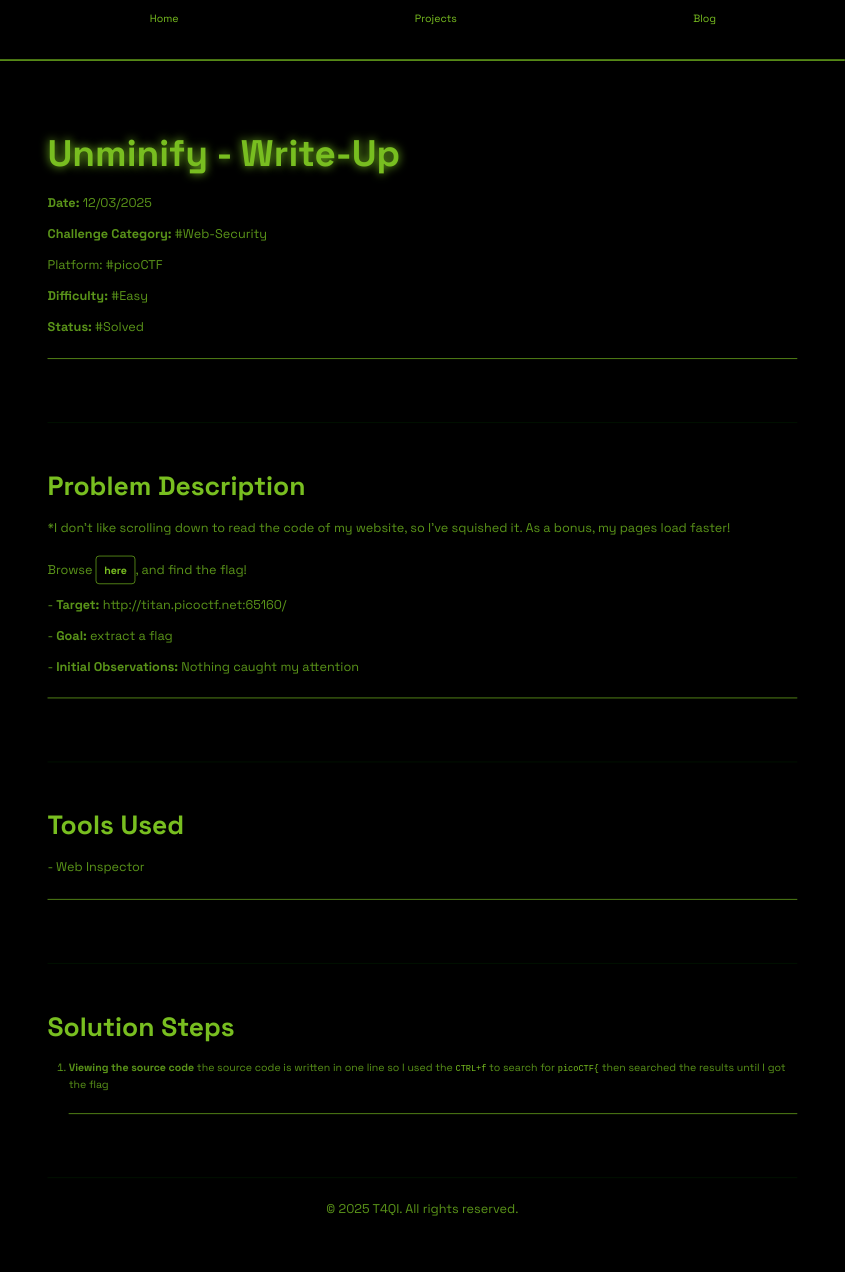
Repository: mohamedsoliman-tq/Website
Page: blogs/picoCTF/Unminify.html
An editor plug-in stored every save of this project. The page is shown before and after a run of saves, followed by the edit.
The browser window is 1280 px wide. The pictures show the whole page, at 66% of full size.

Above is the page before, as saved 2025-03-13 00:49:47.

### blogs/picoCTF/Unminify.html
<!DOCTYPE html>
<html>
<head>
    <meta charset="UTF-8">
    <meta name="viewport" content="width=device-width, initial-scale=1.0">
    <title>Unminify</title>
    <link rel="stylesheet" href="/css/blog.css">
</head>
<body>
    <nav>
        <ul>
            <li><a href="/">Home</a></li>
            <li><a href="/Projects.html">Projects</a></li>
            <li><a href="/Blogs.html">Blog</a></li>
        </ul>
    </nav>
    <div class="container">
<div class="section" id="unminify---write-up"><h1>Unminify - Write-Up</h1>

<p><strong>Date:</strong> 12/03/2025  </p>
<p><strong>Challenge Category:</strong> #Web-Security </p>
<p>Platform: #picoCTF</p>
<p><strong>Difficulty:</strong> #Easy   </p>
<p><strong>Status:</strong> #Solved  </p>

<hr>
</div><div class="section" id="problem-description"><h2>Problem Description</h2>

<p>*I don't like scrolling down to read the code of my website, so I've squished it. As a bonus, my pages load faster!</p>
<p>Browse <a href="http://titan.picoctf.net:65160/" class="read-more">here</a>, and find the flag!</p>

<p>- <strong>Target:</strong> http://titan.picoctf.net:65160/</p>
<p>- <strong>Goal:</strong> extract a flag</p>
<p>- <strong>Initial Observations:</strong> Nothing caught my attention</p>

<hr>

</div><div class="section" id="tools-used"><h2>Tools Used</h2>

<p>- Web Inspector</p>

<hr>

</div><div class="section" id="solution-steps"><h2>Solution Steps</h2>

<ol>
  <li><strong>Viewing the source code</strong>   the source code is written in one line so I used the <code>CTRL+f</code> to search for <code>picoCTF{</code> then searched the results until I got the flag <hr> </li>
</ol></div>
        <footer>
        <p>&copy; 2025 T4QI. All rights reserved.</p>
    </footer>
    </div>
</body>
</html>

### css/blog.css
@import url('https://fonts.googleapis.com/css2?family=Space+Grotesk:wght@300;400;700&display=swap');

    :root {
        --primary-black: #000000;
        --green-accent: #78BE20;
        --dark-green: #5a9419;
    }

    * {
        margin: 0;
        padding: 0;
        box-sizing: border-box;
        font-family: 'Space Grotesk', sans-serif;
    }

    body {
        background-color: var(--primary-black);
        color: var(--green-accent);
        line-height: 1.6;
    }

    .container {
        max-width: 1200px;
        margin: 0 auto;
        padding: 2rem;
    }

    .section {
        padding: 4rem 0;
        border-bottom: 1px solid #001a00;
    }

    /* Navigation Styles */
    nav {
        background: rgba(0, 0, 0, 0.95);
        padding: 1rem;
        position: sticky;
        top: 0;
        border-bottom: 2px solid var(--green-accent);
        z-index: 100;
    }

    nav ul {
        display: flex;
        justify-content: space-around;
        list-style: none;
    }

    nav a {
        color: var(--green-accent);
        text-decoration: none;
        padding: 0.5rem 1rem;
        transition: all 0.3s;
    }

    nav a:hover {
        color: var(--dark-green);
        text-shadow: 0 0 10px var(--green-accent);
    }

    /* Hero Section Styles */
    .hero {
        text-align: center;
        padding: 4rem 0;
        background: linear-gradient(45deg, var(--primary-black), #001100);
    }

    h1, h2, h3, h4, h5, h6 {
        color: var(--green-accent);
        margin-bottom: 1rem;
    }

    h1 {
        font-size: 3.5rem;
        text-shadow: 0 0 15px var(--green-accent);
    }

    h2 {
        font-size: 2.5rem;
    }

    p {
        color: var(--dark-green);
        font-size: 1.2rem;
        margin-bottom: 1rem;
    }

    /* Code blocks */
    pre {
        background: #000a00;
        padding: 1.5rem;
        border-radius: 5px;
        border: 1px solid var(--green-accent);
        overflow-x: auto;
        margin: 1.5rem 0;
    }

    code {
        font-family: monospace;
        color: var(--green-accent);
    }

    /* List styling */
    ul, ol {
        margin-left: 2rem;
        margin-bottom: 1.5rem;
        color: var(--dark-green);
    }

    li {
        margin-bottom: 0.5rem;
    }

    /* Links */
    a {
        color: var(--green-accent);
        text-decoration: none;
        transition: all 0.3s;
    }

    a:hover {
        color: var(--dark-green);
        text-shadow: 0 0 10px var(--green-accent);
    }

    .read-more {
        display: inline-block;
        margin-top: 10px;
        padding: 8px 12px;
        font-size: 1rem;
        font-weight: bold;
        color: var(--green-accent);
        text-decoration: none;
        border: 1px solid var(--green-accent);
        border-radius: 5px;
        transition: all 0.3s ease;
    }

    .read-more:hover {
        background-color: var(--green-accent);
        color: var(--primary-black);
        box-shadow: 0 0 10px var(--green-accent);
    }

    /* Images */
    img {
        max-width: 100%;
        border: 1px solid var(--green-accent);
        border-radius: 5px;
        margin: 1rem 0;
    }

    /* Horizontal rule */
    hr {
        border: none;
        height: 1px;
        background-color: var(--green-accent);
        margin: 2rem 0;
    }

    /* Responsive adjustments */
    @media (max-width: 768px) {
        h1 {
            font-size: 2.5rem;
        }

        .container {
            padding: 1rem;
        }

        .section {
            padding: 2rem 0;
        }
    }

    footer {
        text-align: center;
        padding: 2rem;
        color: var(--green-accent);
    }

After the next 3 saves:
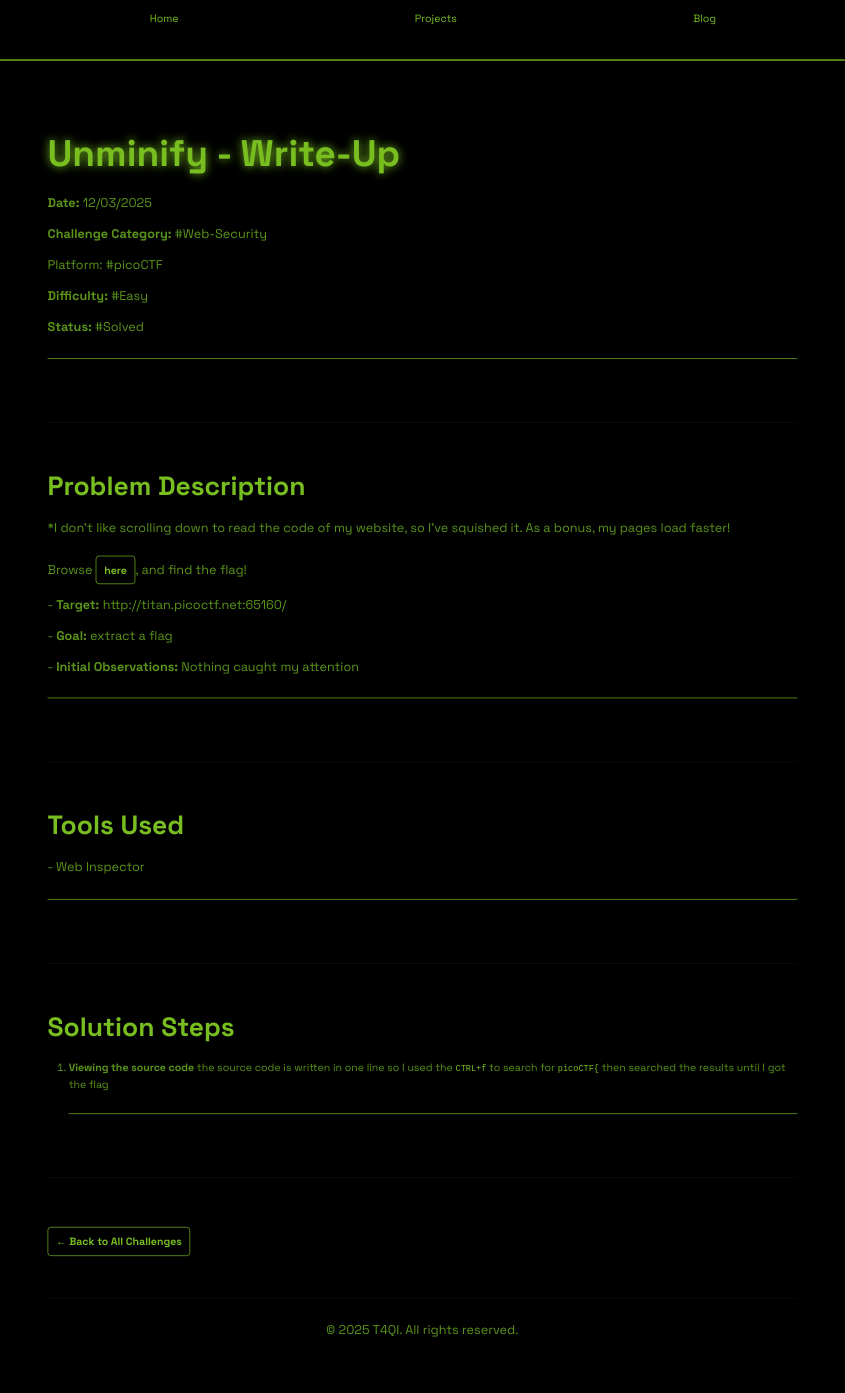
The 3 saves are shown as one change because they came seconds apart.
The last was saved 9 s later.
--- a/blogs/picoCTF/Unminify.html
+++ b/blogs/picoCTF/Unminify.html
@@ -1,11 +1,13 @@
 <!DOCTYPE html>
 <html>
+
 <head>
     <meta charset="UTF-8">
     <meta name="viewport" content="width=device-width, initial-scale=1.0">
     <title>Unminify</title>
     <link rel="stylesheet" href="/css/blog.css">
 </head>
+
 <body>
     <nav>
         <ul>
@@ -15,40 +17,57 @@
         </ul>
     </nav>
     <div class="container">
-<div class="section" id="unminify---write-up"><h1>Unminify - Write-Up</h1>
+        <div class="section" id="unminify---write-up">
+            <h1>Unminify - Write-Up</h1>
 
-<p><strong>Date:</strong> 12/03/2025  </p>
-<p><strong>Challenge Category:</strong> #Web-Security </p>
-<p>Platform: #picoCTF</p>
-<p><strong>Difficulty:</strong> #Easy   </p>
-<p><strong>Status:</strong> #Solved  </p>
+            <p><strong>Date:</strong> 12/03/2025 </p>
+            <p><strong>Challenge Category:</strong> #Web-Security </p>
+            <p>Platform: #picoCTF</p>
+            <p><strong>Difficulty:</strong> #Easy </p>
+            <p><strong>Status:</strong> #Solved </p>
 
-<hr>
-</div><div class="section" id="problem-description"><h2>Problem Description</h2>
+            <hr>
+        </div>
+        <div class="section" id="problem-description">
+            <h2>Problem Description</h2>
 
-<p>*I don't like scrolling down to read the code of my website, so I've squished it. As a bonus, my pages load faster!</p>
-<p>Browse <a href="http://titan.picoctf.net:65160/" class="read-more">here</a>, and find the flag!</p>
+            <p>*I don't like scrolling down to read the code of my website, so I've squished it. As a bonus, my pages
+                load faster!</p>
+            <p>Browse <a href="http://titan.picoctf.net:65160/" class="read-more">here</a>, and find the flag!</p>
 
-<p>- <strong>Target:</strong> http://titan.picoctf.net:65160/</p>
-<p>- <strong>Goal:</strong> extract a flag</p>
-<p>- <strong>Initial Observations:</strong> Nothing caught my attention</p>
+            <p>- <strong>Target:</strong> http://titan.picoctf.net:65160/</p>
+            <p>- <strong>Goal:</strong> extract a flag</p>
+            <p>- <strong>Initial Observations:</strong> Nothing caught my attention</p>
 
-<hr>
+            <hr>
 
-</div><div class="section" id="tools-used"><h2>Tools Used</h2>
+        </div>
+        <div class="section" id="tools-used">
+            <h2>Tools Used</h2>
 
-<p>- Web Inspector</p>
+            <p>- Web Inspector</p>
 
-<hr>
+            <hr>
 
-</div><div class="section" id="solution-steps"><h2>Solution Steps</h2>
+        </div>
+        <div class="section" id="solution-steps">
+            <h2>Solution Steps</h2>
 
-<ol>
-  <li><strong>Viewing the source code</strong>   the source code is written in one line so I used the <code>CTRL+f</code> to search for <code>picoCTF{</code> then searched the results until I got the flag <hr> </li>
-</ol></div>
+            <ol>
+                <li><strong>Viewing the source code</strong> the source code is written in one line so I used the
+                    <code>CTRL+f</code> to search for <code>picoCTF{</code> then searched the results until I got the
+                    flag
+                    <hr>
+                </li>
+            </ol>
+        </div>
+        <div class="section">
+            <a href="/blogs/picoCTF/picoCTF.html" class="read-more">← Back to All Challenges</a>
+        </div>
         <footer>
-        <p>&copy; 2025 T4QI. All rights reserved.</p>
-    </footer>
+            <p>&copy; 2025 T4QI. All rights reserved.</p>
+        </footer>
     </div>
 </body>
+
 </html>
